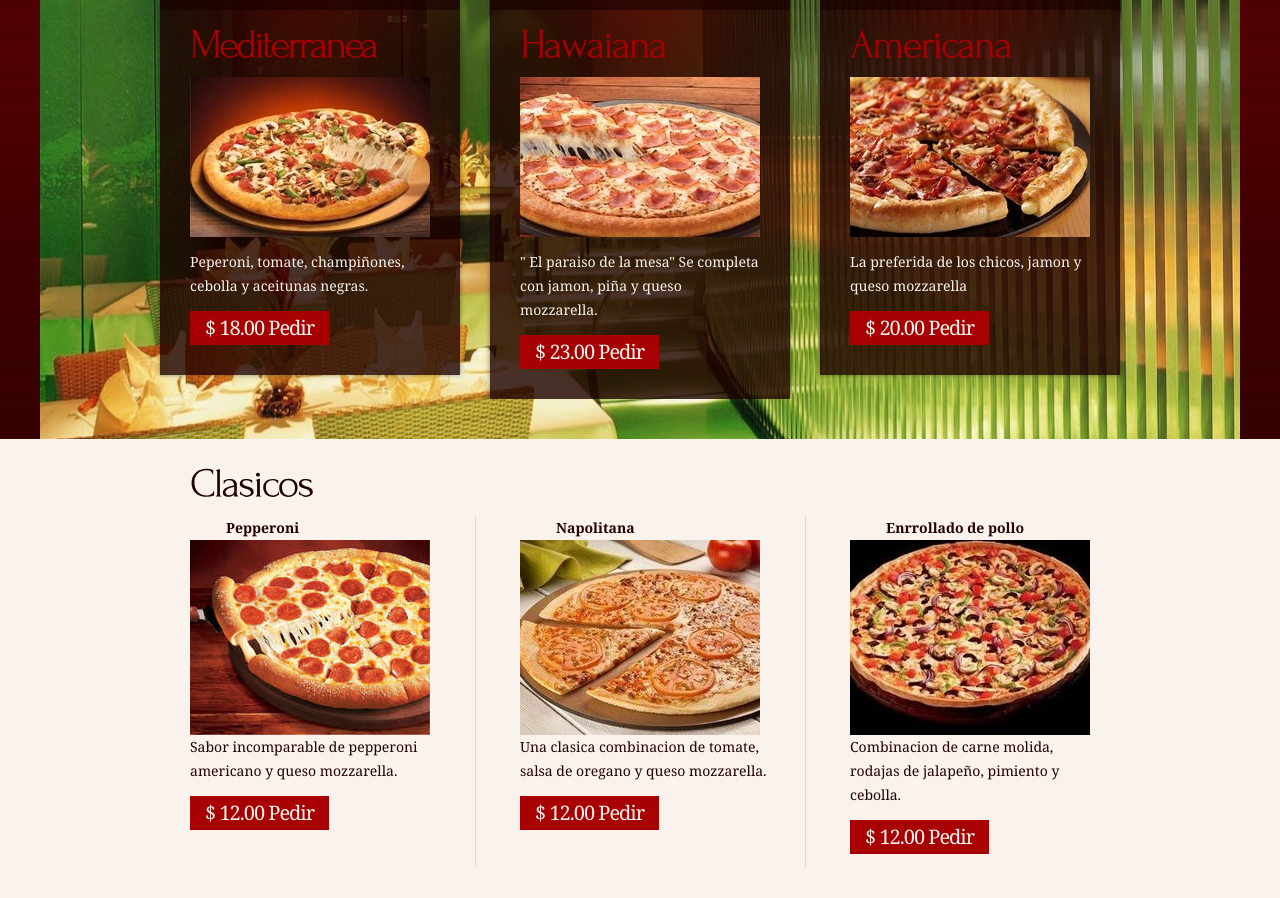
Repository: ProSoft-PDSI/sdsddo
Page: http://localhost/sdsr/Pizza
These files come from the project's save history. The page is drawn as it stood at one moment and after the next save; the edit follows.
The browser window is 1280 px wide. The pictures show the whole page.
The page is served by Tomcat 9. Queries for data that is not in the repository find no rows.

Above is the page before, as saved 2014-07-20 03:50:33.
Console error: TypeError: Cannot read properties of undefined (reading 'appendTo')

After the next save:
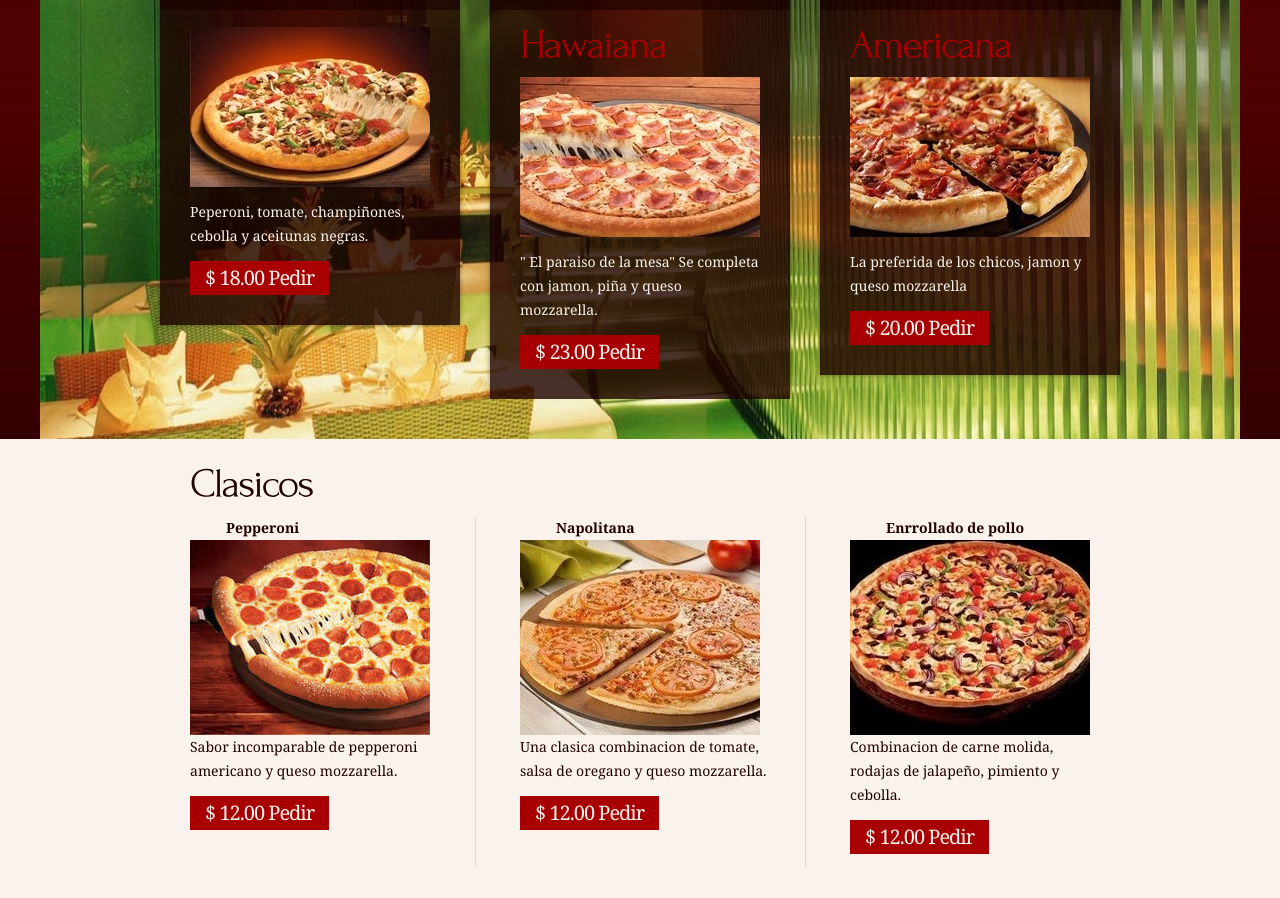
Saved 23 min 54 s later.
--- a/Web/sdsr/WebContent/Clasica.jsp
+++ b/Web/sdsr/WebContent/Clasica.jsp
@@ -18,7 +18,7 @@
 					<section class="cols">
 						<div class="box">
 							<div>
-								<h2 class="letter_spacing"> 	Mediterranea</h2>
+								<h2 class="letter_spacing">${i.nombre}</h2>
 								<figure><img src="images/clas_1.jpg" alt="" ></figure>
 								<p class="pad_bot1"> Peperoni, tomate, champiñones, cebolla y aceitunas negras.</p>
 								<a href="#" class="button1">$ 18.00 Pedir</a>
